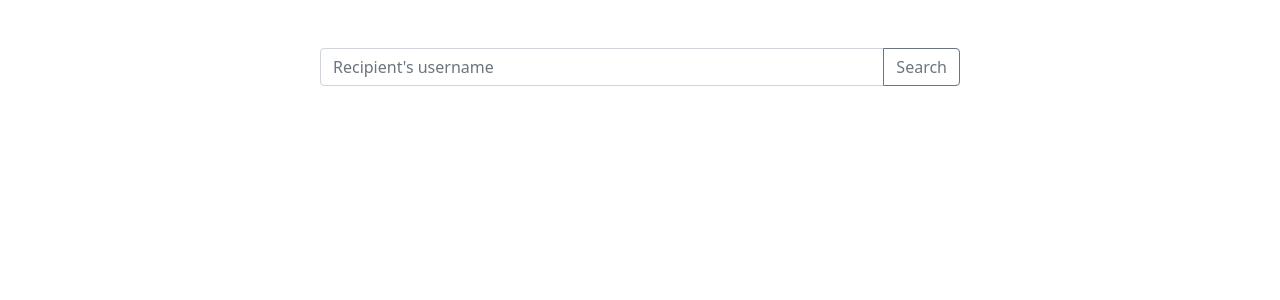
Repository: mehedi9465/PixaBay-Gallery
Page: index.html
These files come from the project's save history. The page is drawn as it stood at one moment and after a run of saves; the edit follows.
The browser window is 1280 px wide. The pictures show the whole page.

Above is the page before, as saved 2023-05-09 15:03:34.

### index.html
<!DOCTYPE html>
<html lang="en">
  <head>
    <meta charset="UTF-8" />
    <meta http-equiv="X-UA-Compatible" content="IE=edge" />
    <meta name="viewport" content="width=device-width, initial-scale=1.0" />
    <title>Pixabay</title>
    <link
      rel="shortcut icon"
      href="https://pixabay.com/favicon-32x32.png"
      type="image/x-icon"
    />
    <link
      href="https://cdn.jsdelivr.net/npm/bootstrap@5.1.1/dist/css/bootstrap.min.css"
      rel="stylesheet"
      integrity="sha384-F3w7mX95PdgyTmZZMECAngseQB83DfGTowi0iMjiWaeVhAn4FJkqJByhZMI3AhiU"
      crossorigin="anonymous"
    />
    <script
      src="https://cdn.jsdelivr.net/npm/bootstrap@5.1.1/dist/js/bootstrap.bundle.min.js"
      integrity="sha384-/bQdsTh/da6pkI1MST/rWKFNjaCP5gBSY4sEBT38Q/9RBh9AH40zEOg7Hlq2THRZ"
      crossorigin="anonymous"
    ></script>
    <link rel="stylesheet" href="css/style.css" />
  </head>
  <body>
    <main>
      <div class="input-group mt-5 mb-5 w-50 mx-auto overflow-hidden">
        <input
          type="text"
          class="form-control"
          placeholder="Recipient's username"
          aria-label="Recipient's username"
          aria-describedby="button-addon2"
          id="InputField"
        />
        <button
          class="btn btn-outline-secondary"
          type="button"
          id="button-addon2"
        >
          Search
        </button>
      </div>
      <div
        id="details"
        class="text-center mb-5 position-relative overflow-auto"
      ></div>

      <div
        id="image-Container"
        class="row row-cols-1 row-cols-md-4 g-4 overflow-hidden"
      ></div>
    </main>

    <!-- <main>
      <div class="position-relative" style="height: 80vh">
        <div
        class="text-center fs-1 position-absolute top-50 bottom-50 start-0 end-0 m-auto"
        >
        <h1 id="welcometxt" class="text-center fs-1">Welcome to Pixabay Gallery</h1>
          <div class="input-group mt-5 mb-5 w-50 mx-auto overflow-hidden">
            <input
              type="text"
              class="form-control"
              placeholder="Recipient's username"
              aria-label="Recipient's username"
              aria-describedby="button-addon2"
              id="InputField"
            />
            <button
              class="btn btn-outline-secondary"
              type="button"
              id="button-addon2"
            >
              Search
            </button>
          </div>
        </div>
      </div>

      <div id="details" class="text-center mb-5 position-relative overflow-auto">

    </div>

    <div id="image-Container" class="row row-cols-1 row-cols-md-4 g-4 overflow-hidden">

    </div>
    </main> -->

    <script src="js/script.js"></script>
  </body>
</html>

### css/style.css
.col img{
    width: 450px;
    height: 350px;
    object-fit: cover;
}

### js/script.js
const KEY = "12991928-c7c6409774c494db9971343c7";
let dataList = [];

const getData = (query) => {
  fetch(
    `https://pixabay.com/api/?key=${KEY}&q=${query}&image_type=photo&pretty=true`
  )
    .then((response) => response.json())
    .then((data) => loadData(data.hits))
    .catch((err) => console.log(err));
};

document.getElementById("button-addon2").addEventListener("click", () => {
  const inputValue = document.getElementById("InputField").value;
  getData(inputValue);
  document.getElementById("welcometxt").setAttribute("class", "d-none");
});

const loadData = (datas) => {
  dataList = [...datas];
  if (datas.length === 0) {
    alert("No result found");
    return;
  }
  const imageContainer = document.getElementById("image-Container");
  imageContainer.innerHTML = "";
  datas.forEach((data) => {
    let imgSerial = datas.indexOf(data);
    const appendDiv = document.createElement("div");
    appendDiv.innerHTML = `
        <div id="image" class="col text-center" onclick="loadDetails('${data.largeImageURL}', '${imgSerial}')">
            <img src="${data.largeImageURL}" class="card-img-top" alt="...">
        </div>
        `;
    imageContainer.appendChild(appendDiv);
  });
};

const detailDiv = document.getElementById("details");

document.getElementById("InputField").addEventListener("click", () => {
  document.getElementById("InputField").value = "";
});

const loadDetails = (data, imgSerial) => {
  // console.log(imgSerial);
  const img = document.createElement("img");
  img.setAttribute("src", data);

  const nextBTN = document.createElement("span");
  // nextBTN.innerHTML = `<button class="btn btn-secondary border-0 outline-0">Next</button>`
  nextBTN.innerHTML = `<img src="https://cdn-icons-png.flaticon.com/512/892/892528.png" width='80' class="position-absolute end-0 top-50 bottom-50 m-auto cursor-pointer" alt="..." onclick="onNext('${imgSerial}')" />`;

  const prevBTN = document.createElement("span");
  // prevBTN.innerHTML = `<button class="btn btn-secondary border-0 outline-0">Prev</button>`
  prevBTN.innerHTML = `<img src="https://cdn-icons-png.flaticon.com/512/892/892512.png" width='80' class="position-absolute start-0 top-50 bottom-50 m-auto cursor-pointer" alt="..." onclick="onPrev('${imgSerial}')" />`;

  detailDiv.innerHTML = "";
  detailDiv.append(prevBTN);
  detailDiv.appendChild(img);
  detailDiv.append(nextBTN);
};

const onNext = (imgSerial) => {
  if (imgSerial >= 0 && imgSerial <= 18) {
    imgSerial++;
    const data = dataList[imgSerial];
    loadDetails(data.largeImageURL, imgSerial);
  } else if (imgSerial == 19) {
    imgSerial = 0;
    const data = dataList[imgSerial];
    loadDetails(data.largeImageURL, imgSerial);
  }
};

const onPrev = (imgSerial) => {
  if (imgSerial <= 19 && imgSerial >=1) {
    imgSerial--;
    const data = dataList[imgSerial];
    loadDetails(data.largeImageURL, imgSerial);
  } else if (imgSerial == 0) {
    imgSerial = 19;
    const data = dataList[imgSerial];
    loadDetails(data.largeImageURL, imgSerial);
  }
};

// const nextBTN = ' <span><img class="border-0 outline-0" src="https://cdn-icons-png.flaticon.com/512/892/892512.png" alt="Prev" width="200"></span>'
// const prevBTN = '<span><img src="https://cdn-icons-png.flaticon.com/512/892/892528.png" alt="Next" width="200"></span>'

After the next 3 saves:
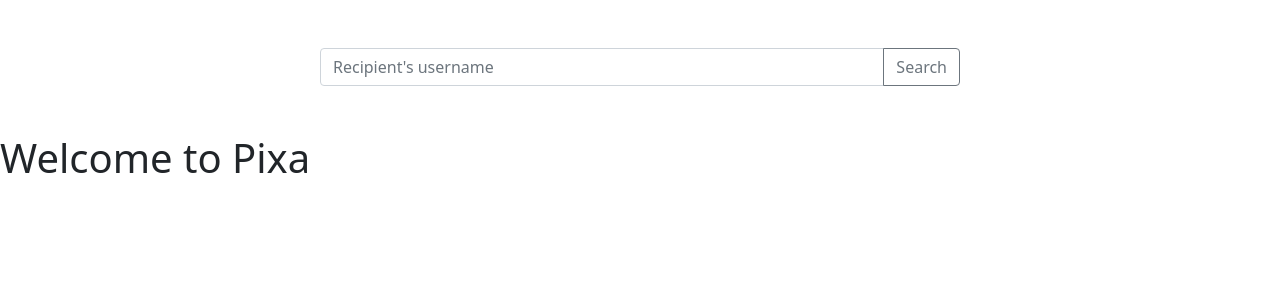
The 3 saves are shown as one change because they came seconds apart.
The last was saved 45 s later.
--- a/index.html
+++ b/index.html
@@ -42,6 +42,7 @@
           Search
         </button>
       </div>
+      <h1>Welcome to Pixa</h1>
       <div
         id="details"
         class="text-center mb-5 position-relative overflow-auto"
